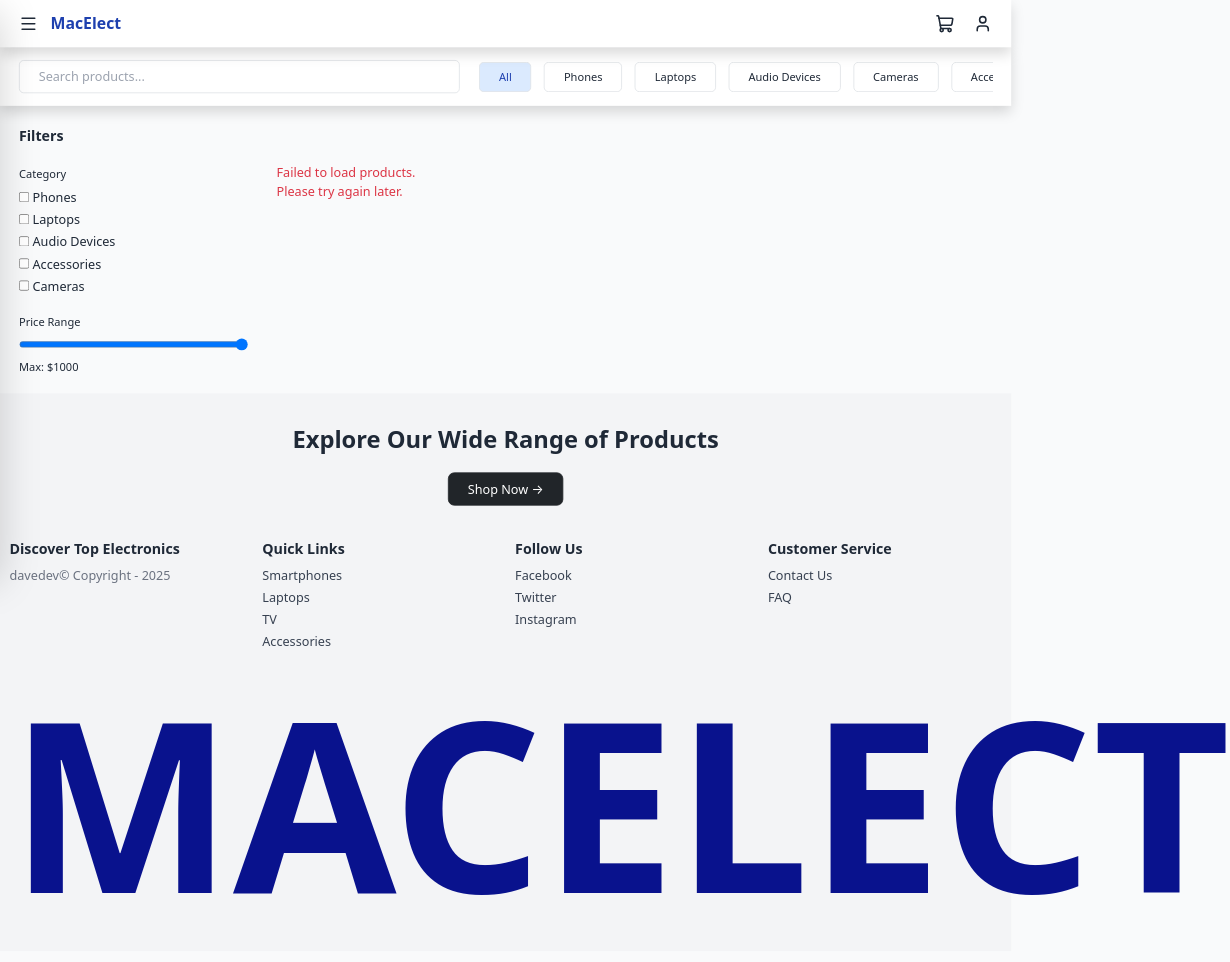
Repository: Davidobi21/macelect
Page: frontend/pages/products.html
The author's editor kept a copy of each file at every save. The page is drawn from the files as they stood at one save, then again after the next save.
The browser window is 1280 px wide. The page is 1557 px wide, so the pictures cover 1557 px, including what lies to the right of the window. The pictures show the whole page, at 79% of full size.
The page's requests for data from a server got no answer. Some web libraries are served in a nearby version.

Above is the page before, as saved 2025-04-25 13:33:30.

After the next save:
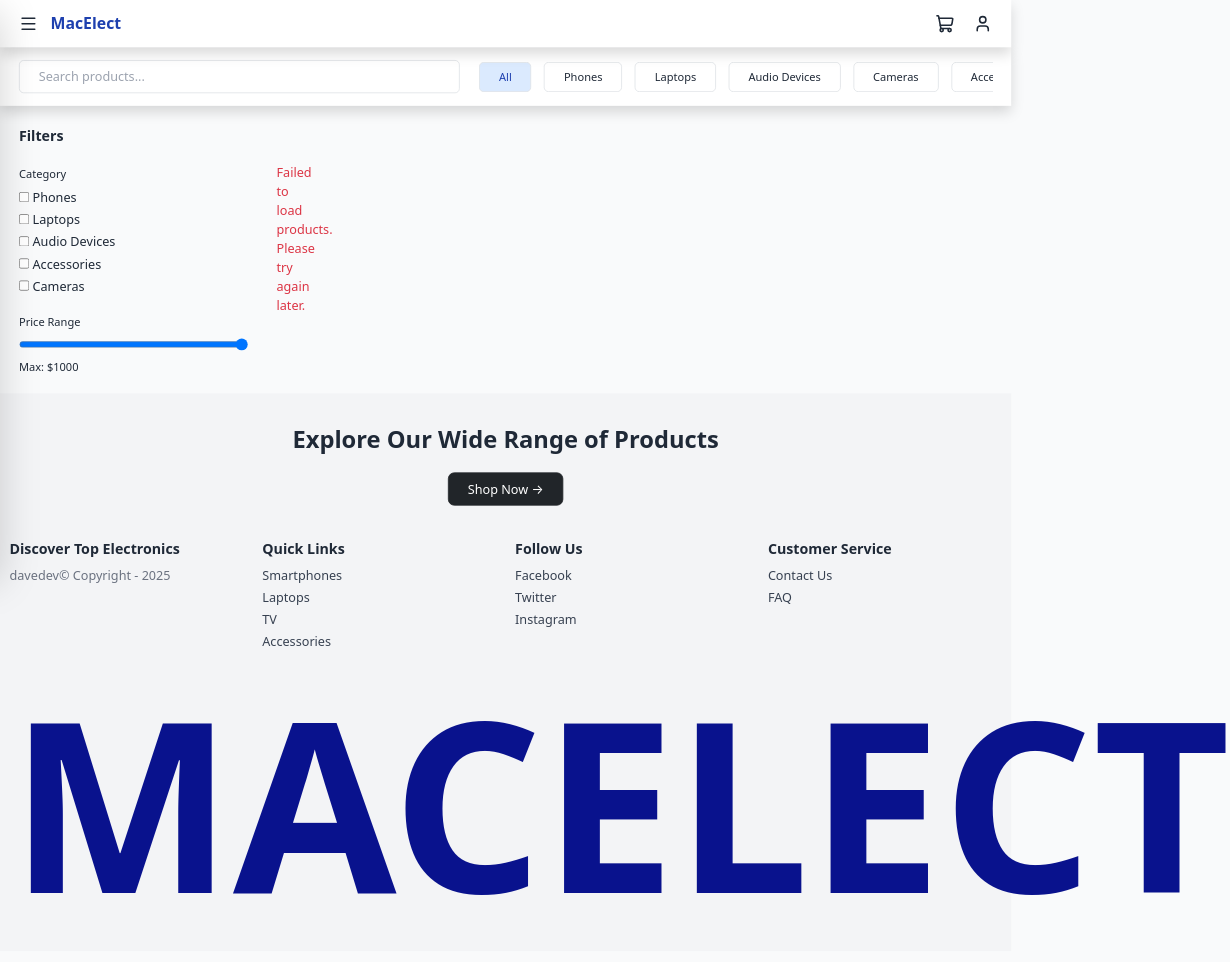
Saved 37 s later.
--- a/frontend/pages/products.html
+++ b/frontend/pages/products.html
@@ -90,7 +90,7 @@
     <!-- Products Grid -->
     <section id="productGrid" class="lg:col-span-3 grid gap-6 sm:grid-cols-2 md:grid-cols-3 xl:grid-cols-4">
       <div class="container mt-5">
-        <div class="row" id="product-list">
+        <div class="row grid grid-cols-1 sm:grid-cols-2 md:grid-cols-3 lg:grid-cols-4 gap-6" id="product-list">
           <div class="grid grid-cols-1 sm:grid-cols-2 md:grid-cols-3 lg:grid-cols-4 gap-6">
             <!-- your product cards here -->
           </div>

After the 2 saves that followed:
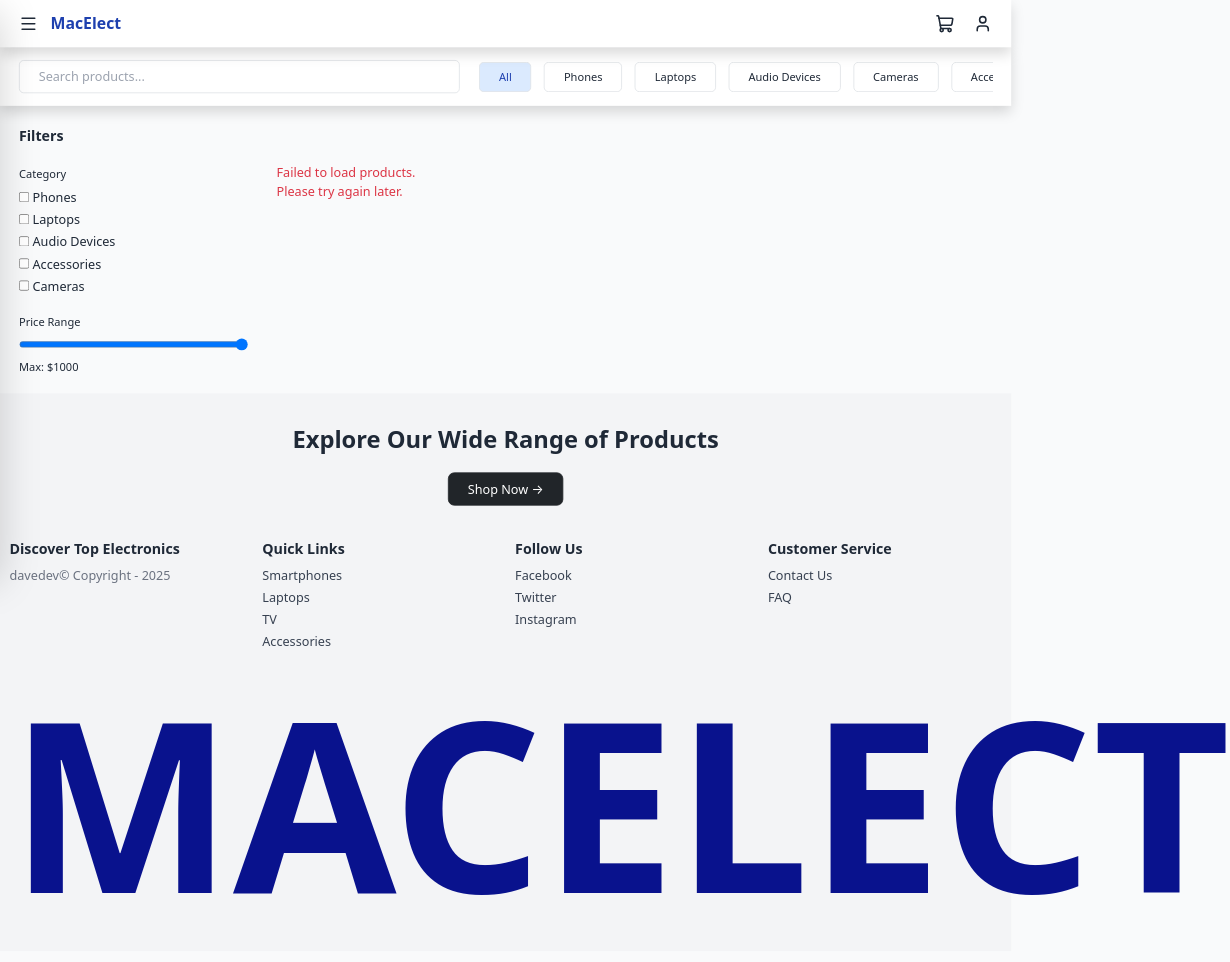
The 2 saves are shown as one change because 1 left the picture as it was.
The last was saved 98 s later.
--- a/frontend/pages/products.html
+++ b/frontend/pages/products.html
@@ -90,9 +90,10 @@
     <!-- Products Grid -->
     <section id="productGrid" class="lg:col-span-3 grid gap-6 sm:grid-cols-2 md:grid-cols-3 xl:grid-cols-4">
       <div class="container mt-5">
-        <div class="row grid grid-cols-1 sm:grid-cols-2 md:grid-cols-3 lg:grid-cols-4 gap-6" id="product-list">
-          <div class="grid grid-cols-1 sm:grid-cols-2 md:grid-cols-3 lg:grid-cols-4 gap-6">
-            <!-- your product cards here -->
+        <div id="product-list" class="grid gap-6">
+          <!-- Product cards go here -->
+          <div class="product-card">
+            <!-- Content of each product card -->
           </div>
         </div>
       </div>
